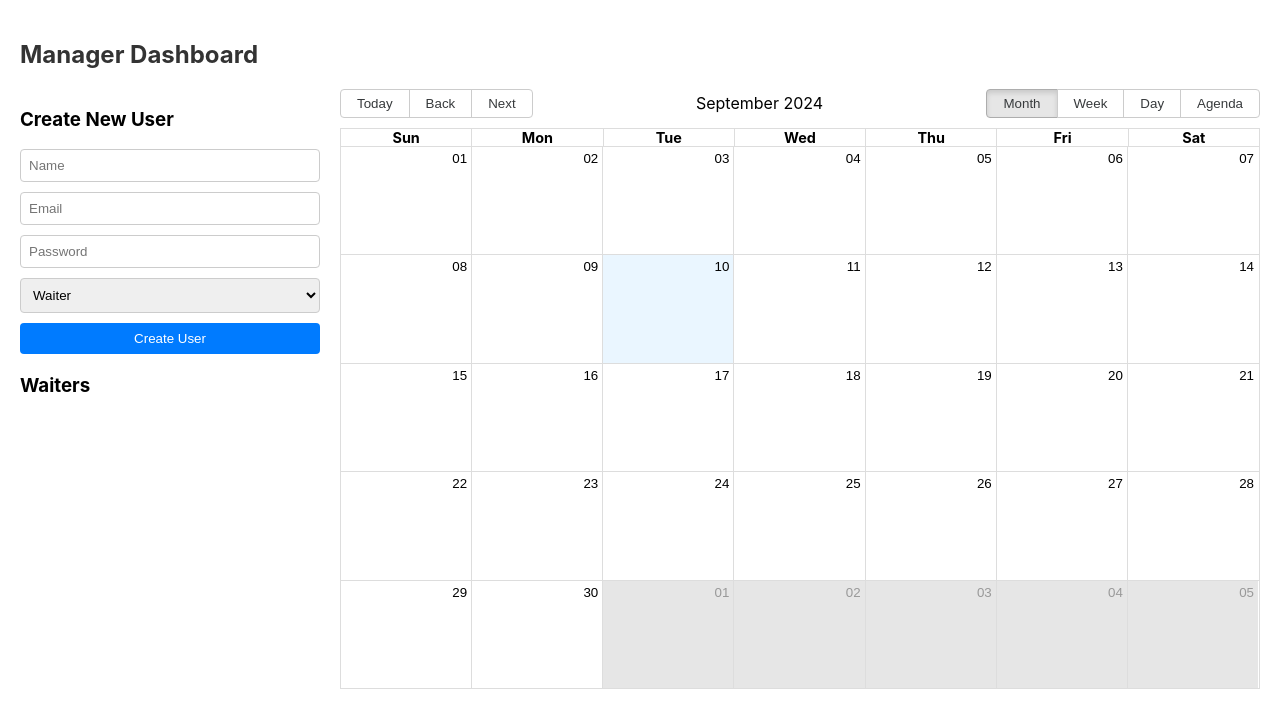
Repository: lasity34/waiter-scheduling-app
Page: /manager-dashboard (app in waiter-app-frontend/)
These files come from the project's save history. The page is drawn as it stood at one moment and after the next save; the edit follows.
The browser window is 1280 px wide. The pictures show the whole page.
The page's requests for data from a server got no answer. An inner scrolling area shows only its first screen. The project was rebuilt for these pictures with package versions that can differ from the ones it lists, and the page was loaded fresh each time. No one was signed in, and anything a server would have sent is missing. Also part of the build but not shown: waiter-app-frontend/src/components/Home.tsx, waiter-app-frontend/src/components/Signin.tsx, waiter-app-frontend/src/components/WaiterDashboard.tsx.

Above is the page before, as saved 2024-09-10 15:55:36.

### waiter-app-frontend/public/index.html
<!DOCTYPE html>
<html lang="en">
  <head>
    <meta charset="utf-8" />

    <meta name="viewport" content="width=device-width, initial-scale=1" />
    <meta name="theme-color" content="#000000" />
    <meta
      name="description"
      content="Web site created using create-react-app"
    />

    <!--
      manifest.json provides metadata used when your web app is installed on a
      user's mobile device or desktop. See https://developers.google.com/web/fundamentals/web-app-manifest/
    -->
    <link rel="manifest" href="%PUBLIC_URL%/manifest.json" />
    <!--
      Notice the use of %PUBLIC_URL% in the tags above.
      It will be replaced with the URL of the `public` folder during the build.
      Only files inside the `public` folder can be referenced from the HTML.

      Unlike "/favicon.ico" or "favicon.ico", "%PUBLIC_URL%/favicon.ico" will
      work correctly both with client-side routing and a non-root public URL.
      Learn how to configure a non-root public URL by running `npm run build`.
    -->
    <title>Waiter Schedule</title>
  </head>
  <body>
    <noscript>You need to enable JavaScript to run this app.</noscript>
    <div id="root"></div>
    <!--
      This HTML file is a template.
      If you open it directly in the browser, you will see an empty page.

      You can add webfonts, meta tags, or analytics to this file.
      The build step will place the bundled scripts into the <body> tag.

      To begin the development, run `npm start` or `yarn start`.
      To create a production bundle, use `npm run build` or `yarn build`.
    -->
  </body>
</html>

### waiter-app-frontend/src/index.tsx
import React from 'react';
import ReactDOM from 'react-dom/client';
import { BrowserRouter as Router } from 'react-router-dom';
import './index.css';
import App from './App';
import reportWebVitals from './reportWebVitals';

const root = ReactDOM.createRoot(
  document.getElementById('root') as HTMLElement
);
root.render(
  <React.StrictMode>
    <Router>
      <App />
    </Router>
  </React.StrictMode>
);

reportWebVitals();

### waiter-app-frontend/src/App.tsx
import React from 'react';
import { Routes, Route } from 'react-router-dom';
import Home from './components/Home';
import SignIn from './components/Signin';
import WaiterDashboard from './components/WaiterDashboard';
import ManagerDashboard from './components/ManagerDashboard';

const App: React.FC = () => {
  return (
    <div className="App">
      <Routes>
        <Route path="/" element={<Home />} />
        <Route path="/signin" element={<SignIn />} />
        <Route path="/waiter-dashboard" element={<WaiterDashboard />} />
        <Route path="/manager-dashboard" element={<ManagerDashboard />} />
      </Routes>
    </div>
  );
};

export default App;

### waiter-app-frontend/src/components/ManagerDashboard.tsx
import React, { useState, useEffect } from 'react';
import { Calendar, momentLocalizer, SlotInfo } from 'react-big-calendar';
import moment from 'moment';
import axios from 'axios';
import styled from 'styled-components';
import 'react-big-calendar/lib/css/react-big-calendar.css';

const localizer = momentLocalizer(moment);

const DashboardContainer = styled.div`
  display: flex;
  flex-direction: column;
  padding: 20px;
`;

const Header = styled.h2`
  color: #333;
  margin-bottom: 20px;
`;

const ContentContainer = styled.div`
  display: flex;
  gap: 20px;
`;

const SidePanel = styled.div`
  width: 300px;
`;

const CalendarContainer = styled.div`
  flex-grow: 1;
  height: 600px;
`;

const Form = styled.form`
  display: flex;
  flex-direction: column;
  gap: 10px;
  margin-bottom: 20px;
`;

const Input = styled.input`
  padding: 8px;
  border: 1px solid #ccc;
  border-radius: 4px;
`;

const Select = styled.select`
  padding: 8px;
  border: 1px solid #ccc;
  border-radius: 4px;
`;

const Button = styled.button`
  padding: 8px 16px;
  background-color: #007bff;
  color: white;
  border: none;
  border-radius: 4px;
  cursor: pointer;

  &:hover {
    background-color: #0056b3;
  }
`;

const WaiterList = styled.ul`
  list-style-type: none;
  padding: 0;
`;

const WaiterItem = styled.li`
  margin-bottom: 5px;
`;

interface Shift {
  id: number;
  title: string;
  start: Date;
  end: Date;
  userId: number;
  status: string;
  shiftType: 'morning' | 'evening' | 'double';
}

interface User {
  id: number;
  name: string;
  email: string;
  role: string;
}

const ManagerDashboard: React.FC = () => {
  const [shifts, setShifts] = useState<Shift[]>([]);
  const [users, setUsers] = useState<User[]>([]);
  const [newUser, setNewUser] = useState({ name: '', email: '', password: '', role: 'waiter' });

  useEffect(() => {
    fetchShifts();
    fetchUsers();
  }, []);

  const fetchShifts = async () => {
    try {
      const response = await axios.get('http://localhost:5000/shifts', { withCredentials: true });
      const formattedShifts = response.data.map((shift: any) => ({
        id: shift.id,
        title: `${shift.user_name} - ${shift.shift_type}`,
        start: new Date(`${shift.date}T${shift.start_time}`),
        end: new Date(`${shift.date}T${shift.end_time}`),
        userId: shift.user_id,
        status: shift.status,
        shiftType: shift.shift_type
      }));
      setShifts(formattedShifts);
    } catch (error) {
      console.error('Error fetching shifts:', error);
    }
  };

  const fetchUsers = async () => {
    try {
      const response = await axios.get('http://localhost:5000/users', { withCredentials: true });
      setUsers(response.data);
    } catch (error) {
      console.error('Error fetching users:', error);
    }
  };

  const handleCreateUser = async (e: React.FormEvent) => {
    e.preventDefault();
    try {
      await axios.post('http://localhost:5000/users', newUser, { withCredentials: true });
      alert('User created successfully');
      setNewUser({ name: '', email: '', password: '', role: 'waiter' });
      fetchUsers();  // Refresh the user list
    } catch (error) {
      console.error('Error creating user:', error);
      alert('Failed to create user');
    }
  };

  const handleShiftUpdate = async (shiftId: number, newStatus: string) => {
    try {
      await axios.put(`http://localhost:5000/shifts/${shiftId}`, { status: newStatus }, { withCredentials: true });
      fetchShifts();  // Refresh shifts after update
    } catch (error) {
      console.error('Error updating shift:', error);
    }
  };

  const handleAddShift = async (slotInfo: SlotInfo) => {
    const userId = prompt('Enter user ID for this shift:');
    if (!userId) return;

    const shiftType = prompt('Enter shift type (morning, evening, or double):');
    if (!['morning', 'evening', 'double'].includes(shiftType || '')) {
      alert('Invalid shift type');
      return;
    }

    try {
      const response = await axios.post('http://localhost:5000/shifts', {
        user_id: parseInt(userId),
        date: moment(slotInfo.start).format('YYYY-MM-DD'),
        start_time: moment(slotInfo.start).format('HH:mm'),
        end_time: moment(slotInfo.end).format('HH:mm'),
        shift_type: shiftType
      }, { withCredentials: true });

      alert('Shift added successfully');
      fetchShifts();  // Refresh shifts after adding
    } catch (error) {
      console.error('Error adding shift:', error);
      alert('Failed to add shift');
    }
  };

  const eventStyleGetter = (event: Shift) => {
    let backgroundColor = '#3174ad';
    if (event.status === 'approved') {
      backgroundColor = '#28a745';
    } else if (event.status === 'rejected') {
      backgroundColor = '#dc3545';
    }
    return { style: { backgroundColor } };
  };

  return (
    <DashboardContainer>
      <Header>Manager Dashboard</Header>
      <ContentContainer>
        <SidePanel>
          <h3>Create New User</h3>
          <Form onSubmit={handleCreateUser}>
            <Input
              type="text"
              placeholder="Name"
              value={newUser.name}
              onChange={(e) => setNewUser({ ...newUser, name: e.target.value })}
              required
            />
            <Input
              type="email"
              placeholder="Email"
              value={newUser.email}
              onChange={(e) => setNewUser({ ...newUser, email: e.target.value })}
              required
            />
            <Input
              type="password"
              placeholder="Password"
              value={newUser.password}
              onChange={(e) => setNewUser({ ...newUser, password: e.target.value })}
              required
            />
            <Select
              value={newUser.role}
              onChange={(e) => setNewUser({ ...newUser, role: e.target.value })}
            >
              <option value="waiter">Waiter</option>
              <option value="manager">Manager</option>
            </Select>
            <Button type="submit">Create User</Button>
          </Form>

          <h3>Waiters</h3>
          <WaiterList>
            {users.filter(user => user.role === 'waiter').map(waiter => (
              <WaiterItem key={waiter.id}>{waiter.name} (ID: {waiter.id})</WaiterItem>
            ))}
          </WaiterList>
        </SidePanel>
        <CalendarContainer>
          <Calendar
            localizer={localizer}
            events={shifts}
            startAccessor="start"
            endAccessor="end"
            style={{ height: '100%' }}
            eventPropGetter={eventStyleGetter}
            onSelectEvent={(event: Shift) => {
              const newStatus = prompt('Enter new status (approved/rejected/requested):');
              if (newStatus && ['approved', 'rejected', 'requested'].includes(newStatus)) {
                handleShiftUpdate(event.id, newStatus);
              }
            }}
            onSelectSlot={handleAddShift}
            selectable
          />
        </CalendarContainer>
      </ContentContainer>
    </DashboardContainer>
  );
};

export default ManagerDashboard;

Loaded but not shown: waiter-app-frontend/src/index.css (common file); waiter-app-frontend/src/reportWebVitals.ts (common file)

After the next save:
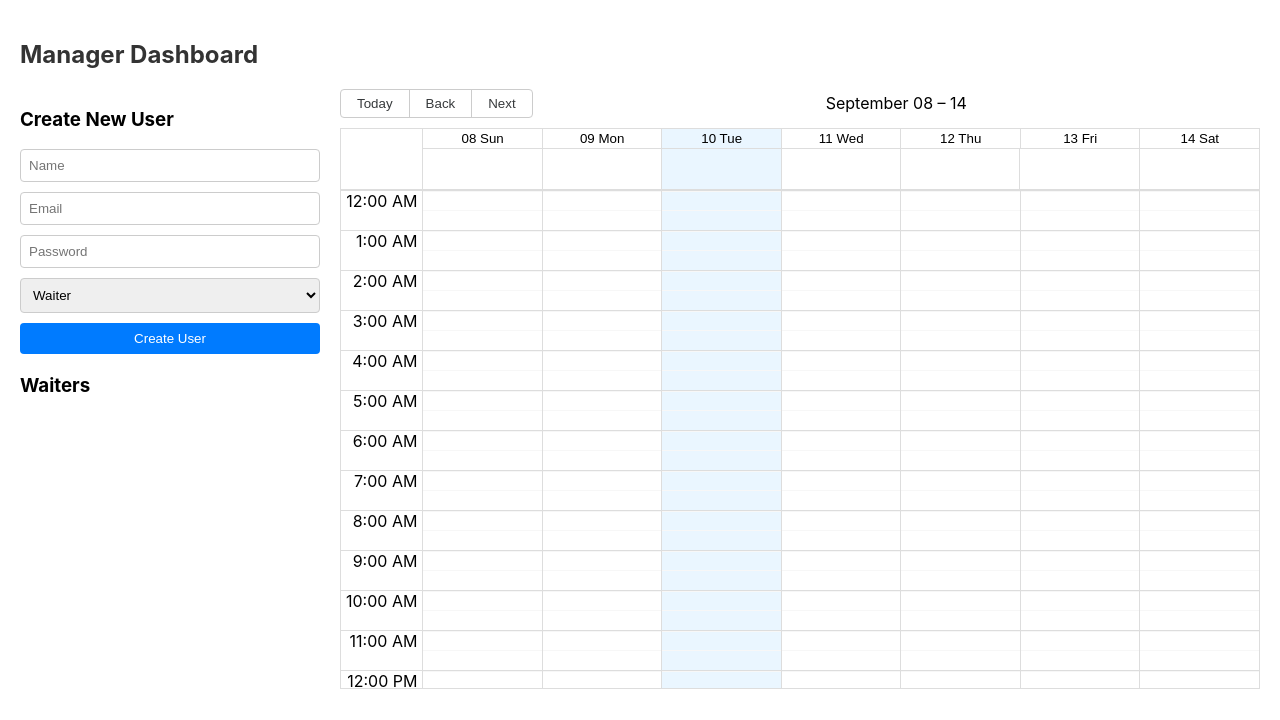
Saved 47 s later.
--- a/waiter-app-frontend/src/components/ManagerDashboard.tsx
+++ b/waiter-app-frontend/src/components/ManagerDashboard.tsx
@@ -94,15 +94,18 @@
   const [shifts, setShifts] = useState<Shift[]>([]);
   const [users, setUsers] = useState<User[]>([]);
   const [newUser, setNewUser] = useState({ name: '', email: '', password: '', role: 'waiter' });
+  const [selectedWeek, setSelectedWeek] = useState(moment().startOf('week'));
 
   useEffect(() => {
     fetchShifts();
     fetchUsers();
-  }, []);
+  }, [selectedWeek]);
 
   const fetchShifts = async () => {
     try {
-      const response = await axios.get('http://localhost:5000/shifts', { withCredentials: true });
+      const startDate = selectedWeek.format('YYYY-MM-DD');
+      const endDate = selectedWeek.clone().endOf('week').format('YYYY-MM-DD');
+      const response = await axios.get(`http://localhost:5000/shifts?start_date=${startDate}&end_date=${endDate}`, { withCredentials: true });
       const formattedShifts = response.data.map((shift: any) => ({
         id: shift.id,
         title: `${shift.user_name} - ${shift.shift_type}`,
@@ -133,7 +136,7 @@
       await axios.post('http://localhost:5000/users', newUser, { withCredentials: true });
       alert('User created successfully');
       setNewUser({ name: '', email: '', password: '', role: 'waiter' });
-      fetchUsers();  // Refresh the user list
+      fetchUsers();
     } catch (error) {
       console.error('Error creating user:', error);
       alert('Failed to create user');
@@ -143,7 +146,7 @@
   const handleShiftUpdate = async (shiftId: number, newStatus: string) => {
     try {
       await axios.put(`http://localhost:5000/shifts/${shiftId}`, { status: newStatus }, { withCredentials: true });
-      fetchShifts();  // Refresh shifts after update
+      fetchShifts();
     } catch (error) {
       console.error('Error updating shift:', error);
     }
@@ -160,7 +163,7 @@
     }
 
     try {
-      const response = await axios.post('http://localhost:5000/shifts', {
+      await axios.post('http://localhost:5000/shifts', {
         user_id: parseInt(userId),
         date: moment(slotInfo.start).format('YYYY-MM-DD'),
         start_time: moment(slotInfo.start).format('HH:mm'),
@@ -169,11 +172,15 @@
       }, { withCredentials: true });
 
       alert('Shift added successfully');
-      fetchShifts();  // Refresh shifts after adding
+      fetchShifts();
     } catch (error) {
       console.error('Error adding shift:', error);
       alert('Failed to add shift');
     }
+  };
+
+  const handleWeekChange = (date: Date) => {
+    setSelectedWeek(moment(date).startOf('week'));
   };
 
   const eventStyleGetter = (event: Shift) => {
@@ -247,6 +254,10 @@
             }}
             onSelectSlot={handleAddShift}
             selectable
+            date={selectedWeek.toDate()}
+            onNavigate={handleWeekChange}
+            view="week"
+            views={['week']}
           />
         </CalendarContainer>
       </ContentContainer>

After the save that followed:
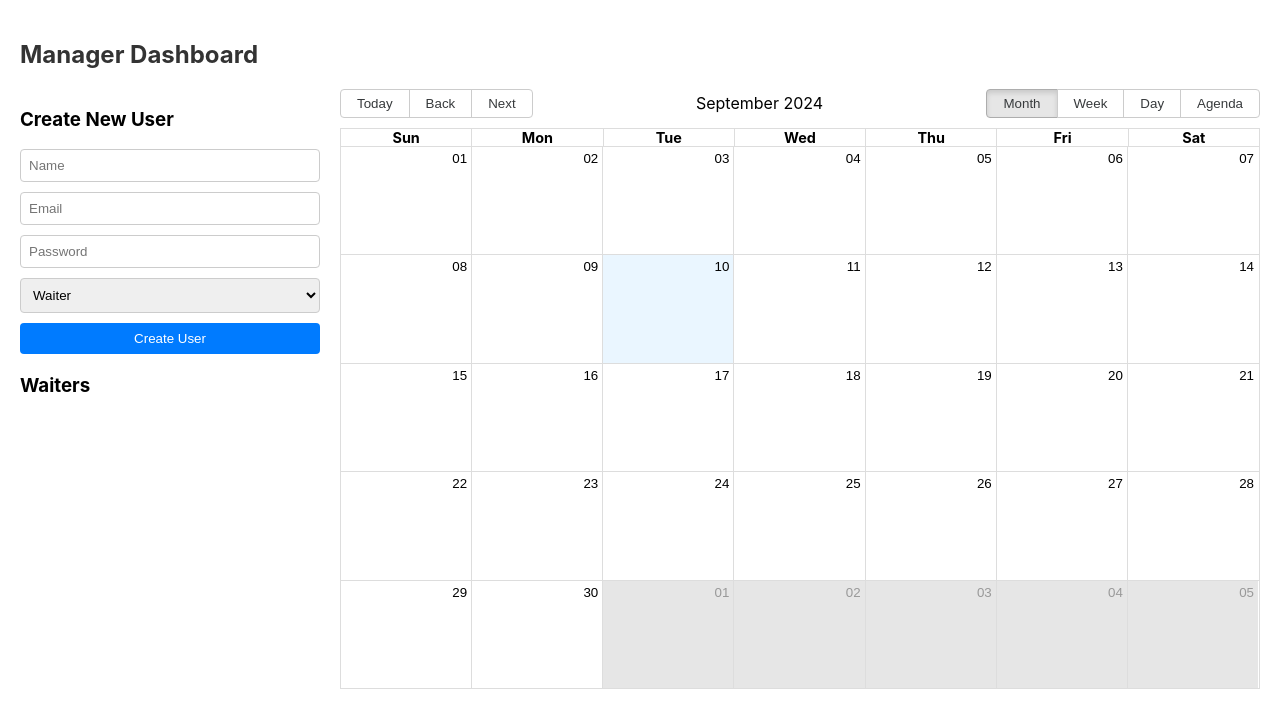
Saved 8 s later.
--- a/waiter-app-frontend/src/components/ManagerDashboard.tsx
+++ b/waiter-app-frontend/src/components/ManagerDashboard.tsx
@@ -94,18 +94,15 @@
   const [shifts, setShifts] = useState<Shift[]>([]);
   const [users, setUsers] = useState<User[]>([]);
   const [newUser, setNewUser] = useState({ name: '', email: '', password: '', role: 'waiter' });
-  const [selectedWeek, setSelectedWeek] = useState(moment().startOf('week'));
 
   useEffect(() => {
     fetchShifts();
     fetchUsers();
-  }, [selectedWeek]);
+  }, []);
 
   const fetchShifts = async () => {
     try {
-      const startDate = selectedWeek.format('YYYY-MM-DD');
-      const endDate = selectedWeek.clone().endOf('week').format('YYYY-MM-DD');
-      const response = await axios.get(`http://localhost:5000/shifts?start_date=${startDate}&end_date=${endDate}`, { withCredentials: true });
+      const response = await axios.get('http://localhost:5000/shifts', { withCredentials: true });
       const formattedShifts = response.data.map((shift: any) => ({
         id: shift.id,
         title: `${shift.user_name} - ${shift.shift_type}`,
@@ -136,7 +133,7 @@
       await axios.post('http://localhost:5000/users', newUser, { withCredentials: true });
       alert('User created successfully');
       setNewUser({ name: '', email: '', password: '', role: 'waiter' });
-      fetchUsers();
+      fetchUsers();  // Refresh the user list
     } catch (error) {
       console.error('Error creating user:', error);
       alert('Failed to create user');
@@ -146,7 +143,7 @@
   const handleShiftUpdate = async (shiftId: number, newStatus: string) => {
     try {
       await axios.put(`http://localhost:5000/shifts/${shiftId}`, { status: newStatus }, { withCredentials: true });
-      fetchShifts();
+      fetchShifts();  // Refresh shifts after update
     } catch (error) {
       console.error('Error updating shift:', error);
     }
@@ -163,7 +160,7 @@
     }
 
     try {
-      await axios.post('http://localhost:5000/shifts', {
+      const response = await axios.post('http://localhost:5000/shifts', {
         user_id: parseInt(userId),
         date: moment(slotInfo.start).format('YYYY-MM-DD'),
         start_time: moment(slotInfo.start).format('HH:mm'),
@@ -172,15 +169,11 @@
       }, { withCredentials: true });
 
       alert('Shift added successfully');
-      fetchShifts();
+      fetchShifts();  // Refresh shifts after adding
     } catch (error) {
       console.error('Error adding shift:', error);
       alert('Failed to add shift');
     }
-  };
-
-  const handleWeekChange = (date: Date) => {
-    setSelectedWeek(moment(date).startOf('week'));
   };
 
   const eventStyleGetter = (event: Shift) => {
@@ -254,10 +247,6 @@
             }}
             onSelectSlot={handleAddShift}
             selectable
-            date={selectedWeek.toDate()}
-            onNavigate={handleWeekChange}
-            view="week"
-            views={['week']}
           />
         </CalendarContainer>
       </ContentContainer>
